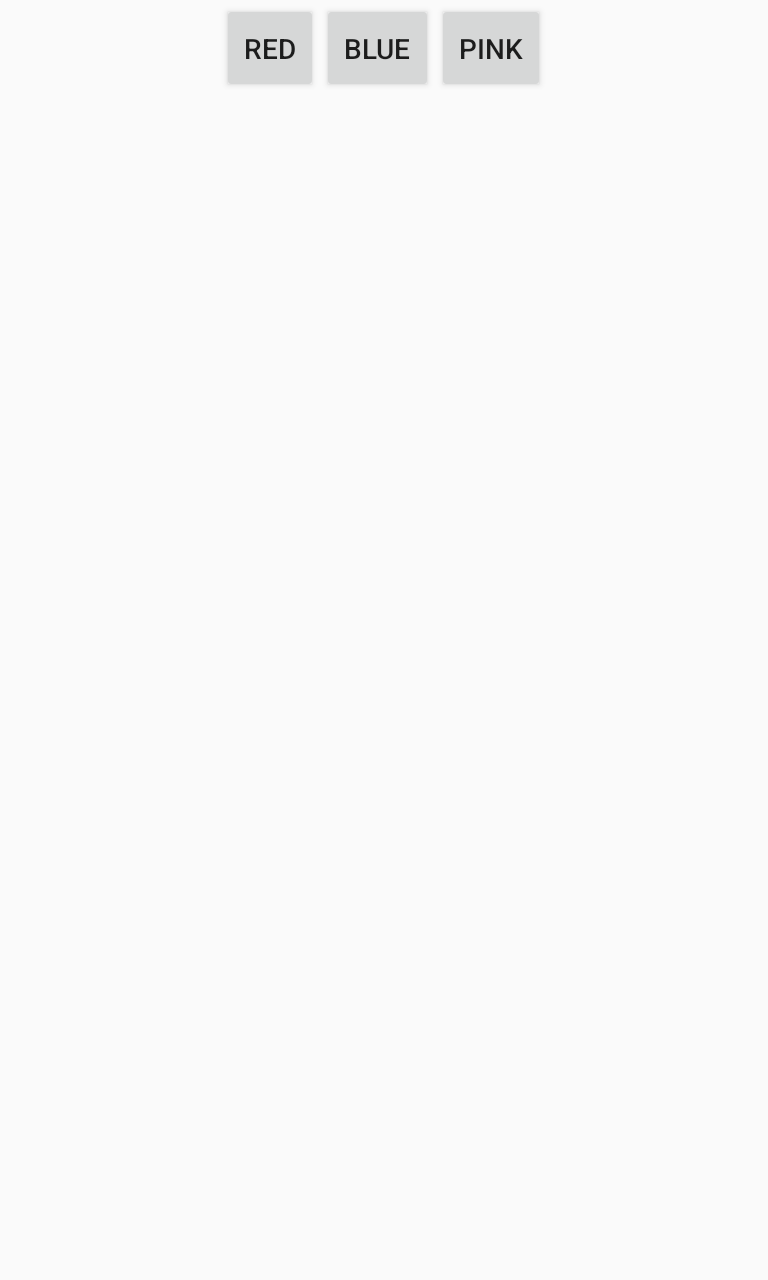
Repository: dev-sean/kosta
Layout: workspace/and1008/res/layout/exam1.xml
An editor plug-in stored every save of this project. The layout is shown before and after the next save, followed by the edit.
It is drawn on a 768 x 1280 px phone screen (xhdpi) without system bars, with theme AppTheme; the app's code is not run.

Above is the layout before, as saved 2014-10-08 02:39:49.

After the next save:
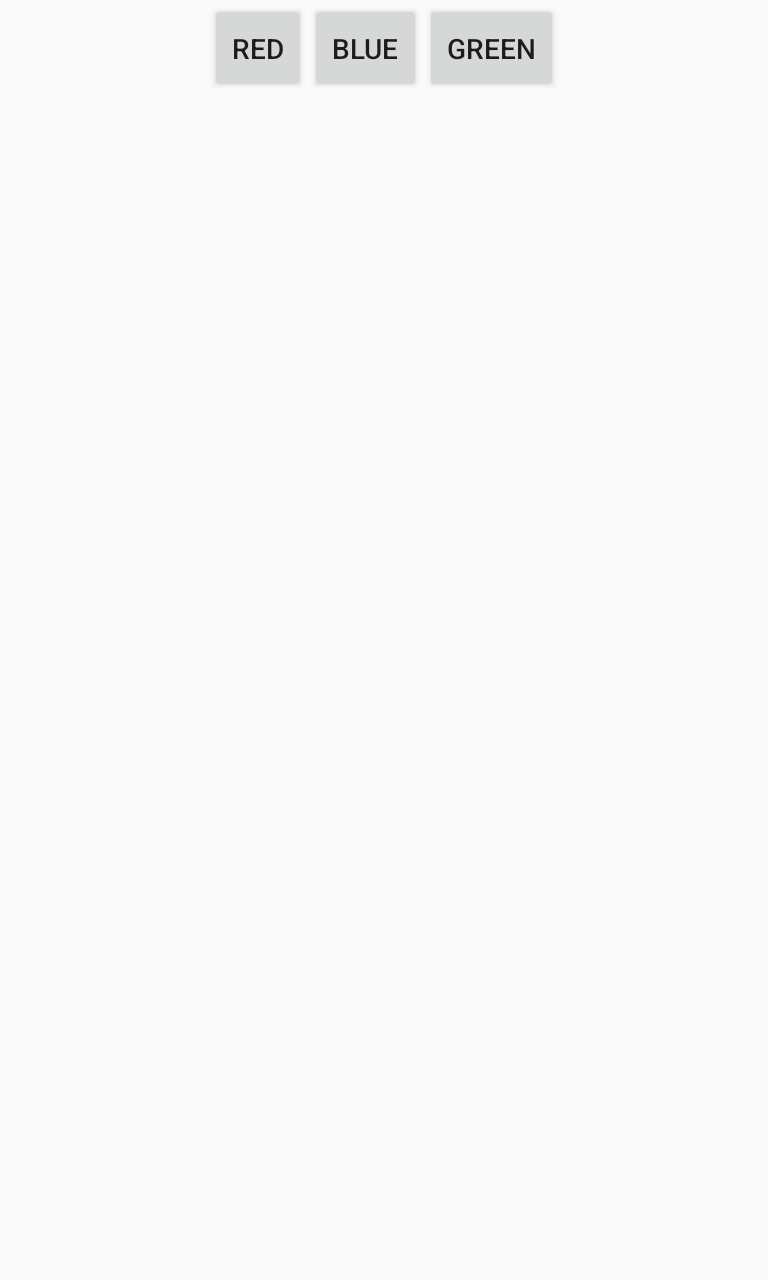
Saved 17 s later.
--- a/workspace/and1008/res/layout/exam1.xml
+++ b/workspace/and1008/res/layout/exam1.xml
@@ -28,7 +28,7 @@
             style="?android:attr/buttonStyleSmall"
             android:layout_width="wrap_content"
             android:layout_height="wrap_content"
-            android:text="Pink" />
+            android:text="Green" />
 
     </LinearLayout>
 
